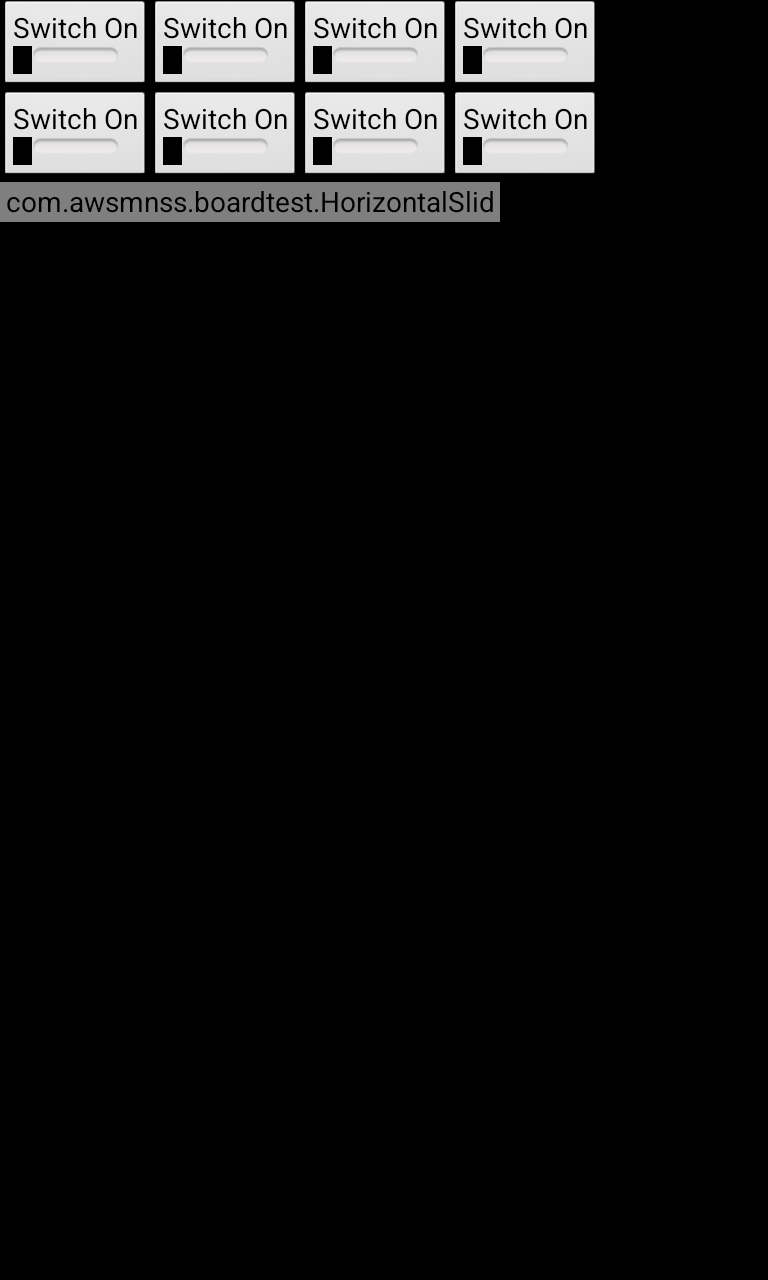
Repository: andrewmacquarrie/BoardTests
Layout: BoardTest/res/layout/main.xml
The author's editor kept a copy of each file at every save. The layout is drawn from the files as they stood at one save, then again after the next save.
Pictures or frames that could not be fetched are drawn as grey boxes. It is drawn on a 768 x 1280 px phone screen (xhdpi) without system bars, with theme android:Theme; the app's code is not run.

Above is the layout before, as saved 2011-03-29 14:41:04.

After the next save:
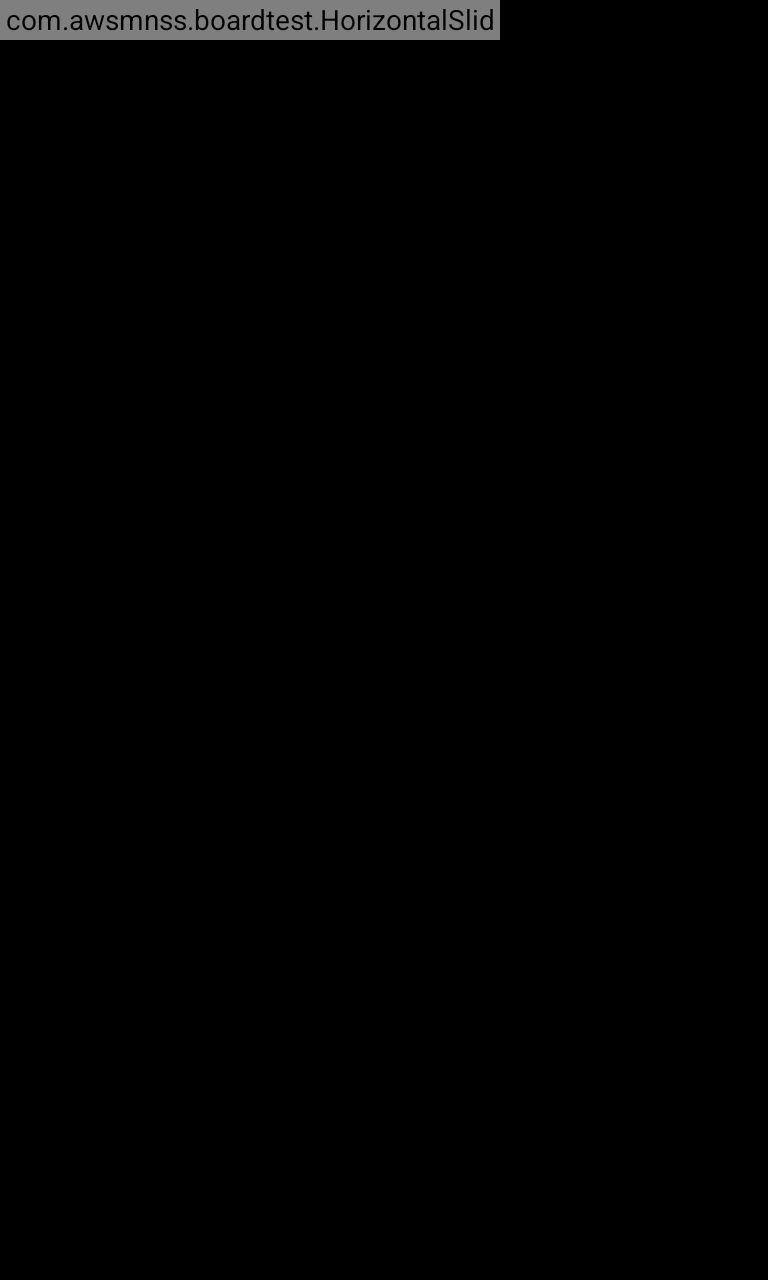
Saved 25 s later.
--- a/BoardTest/res/layout/main.xml
+++ b/BoardTest/res/layout/main.xml
@@ -4,7 +4,7 @@
     android:layout_width="fill_parent"
     android:layout_height="fill_parent"
     >
-	<LinearLayout xmlns:android="http://schemas.android.com/apk/res/android"
+<!-- 	<LinearLayout xmlns:android="http://schemas.android.com/apk/res/android"
 	    android:orientation="horizontal"
 	    android:layout_width="wrap_content"
 	    android:layout_height="wrap_content"
@@ -71,7 +71,7 @@
 	     android:textOff="Switch On"
 		 android:textOn="Switch Off"
 	     android:onClick="toggleOutput" />
-	</LinearLayout>
+	</LinearLayout> -->
 <com.awsmnss.boardtest.HorizontalSlider
                 android:id="@+id/slider"
                 android:layout_width="250dip"

After the save that followed:
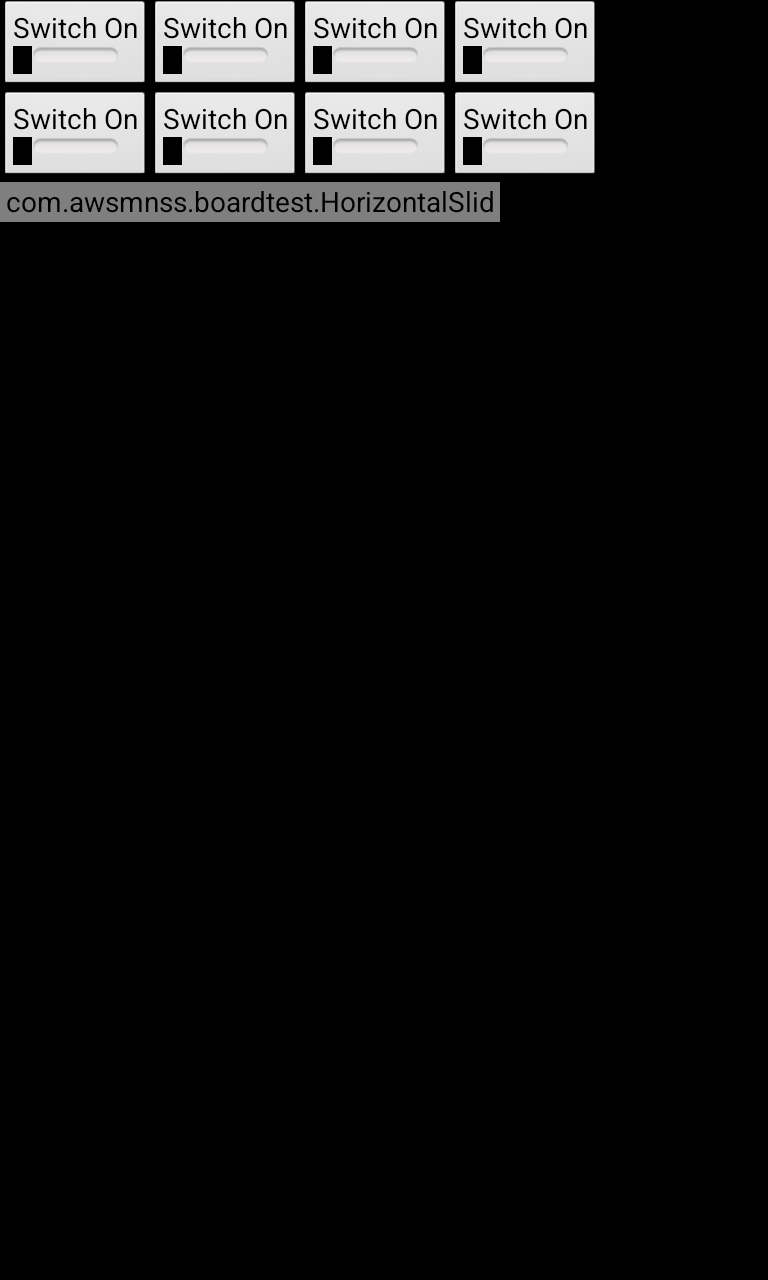
Saved 7 min 20 s later.
--- a/BoardTest/res/layout/main.xml
+++ b/BoardTest/res/layout/main.xml
@@ -4,7 +4,7 @@
     android:layout_width="fill_parent"
     android:layout_height="fill_parent"
     >
-<!-- 	<LinearLayout xmlns:android="http://schemas.android.com/apk/res/android"
+	<LinearLayout xmlns:android="http://schemas.android.com/apk/res/android"
 	    android:orientation="horizontal"
 	    android:layout_width="wrap_content"
 	    android:layout_height="wrap_content"
@@ -71,7 +71,7 @@
 	     android:textOff="Switch On"
 		 android:textOn="Switch Off"
 	     android:onClick="toggleOutput" />
-	</LinearLayout> -->
+	</LinearLayout>
 <com.awsmnss.boardtest.HorizontalSlider
                 android:id="@+id/slider"
                 android:layout_width="250dip"
